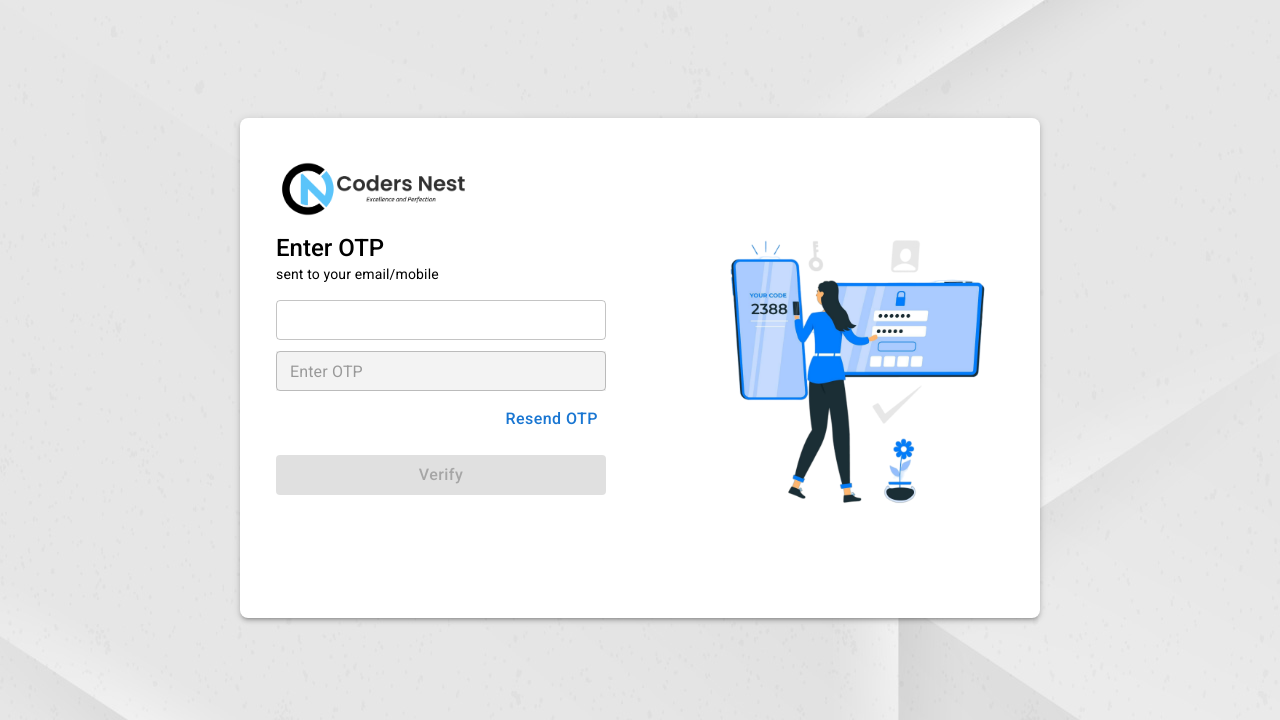
Repository: wajahadalishaik04/CN_Books
Page: /otpscreen
An editor plug-in stored every save of this project. The page is shown before and after a run of saves, followed by the edit.
The browser window is 1280 px wide. The pictures show the whole page.
The project was rebuilt for these pictures with package versions that can differ from the ones it lists, and the page was loaded fresh each time. Also part of the build but not shown: vite.config.js, src/pages/LoginScreen.jsx, src/pages/Signin.jsx, src/pages/SignUp.jsx, src/pages/VerifyScreen.jsx, src/components/Header.jsx, src/components/SideBar.jsx, src/components/Content.jsx and 7 more.

Above is the page before, as saved 2024-09-30 16:55:39.

### index.html
<!DOCTYPE html>
<html lang="en">
  <head>
    <meta charset="UTF-8" />
    <link rel="preconnect" href="https://fonts.googleapis.com" />
    <link rel="preconnect" href="https://fonts.gstatic.com" crossorigin />
    <link
      rel="stylesheet"
      href="https://fonts.googleapis.com/css2?family=Roboto:wght@300;400;500;700&display=swap"
    />

    <meta name="viewport" content="width=device-width, initial-scale=1.0" />
    <title>CN_BOOKS</title>
  </head>
  <body>

    <div id="root"></div>
    <script type="module" src="/src/main.jsx"></script>
  </body>
</html>

### src/main.jsx
import { createRoot } from 'react-dom/client'
import App from './App.jsx'
import { Provider } from 'react-redux'
import store from './store/store.js'
import './styles/index.css'
createRoot(document.getElementById('root')).render(
 <Provider store={store}>
   <App />
 </Provider>
)

### src/App.jsx
import React from "react";
import LoginScreen from "./pages/LoginScreen";
import { BrowserRouter, Routes, Route, Navigate } from "react-router-dom";
import Signin from "./pages/Signin";
import { useSelector } from "react-redux";
import OtpScreen from "./pages/OtpScreen";
import SignUp from "./pages/SignUp";
import VerifyScreen from "./pages/VerifyScreen";
import DashboardScreen from "./pages/DashboardScreen";
import SideBar from "./components/SideBar";
import Header from "./components/Header";
import Customer from "./pages/Customer";
import WrapComponent from "./pages/WrapComponent";
import Category from "./pages/Category";
import NewCustomer from "./pages/customerscreens/NewCustomer";

const App = () => {
  const { user } = useSelector((e) => e.userReducer);
  return (
    <>
      <BrowserRouter>
        <Routes>
          <Route element={<WrapComponent />}>
            <Route path="/dashboardscreen" element={<DashboardScreen />} />
            <Route path="/customer" element={<Customer />} />
            <Route path="/category" element={<Category />} />
            <Route path="/newcustomer" element={<NewCustomer />} />

          </Route>
          <Route
            path="/"
            element={<Navigate to={user ? "/signin" : "/LoginScreen"} />}
          />
          <Route
            path="/signin"
            element={user ? <Navigate to={"/dashboardscreen"} /> : <Signin />}
          />
          <Route path="/loginscreen" element={<LoginScreen />} />
          <Route path="/otpscreen" element={<OtpScreen />} />
          <Route path="/signup" element={<SignUp />} />
          <Route path="/verifyscreen" element={<VerifyScreen />} />
        </Routes>
      </BrowserRouter>
    </>
  );
};

export default App;

### src/store/store.js
import { configureStore } from "@reduxjs/toolkit";
import { userReducer } from "./reducer";

const store = configureStore({
    reducer:{userReducer}
})
export default store;

### src/styles/index.css
*
{
    margin: 0;
    padding: 0;
    border: none;

}
.img
{
    background-color: red;
    background-clip: content-box;
    -webkit-background-clip: content-box;
    visibility: hidden;
}

### src/pages/OtpScreen.jsx
import React, { useState, useEffect } from "react";
import {
  Box,
  Button,
  TextField,
  Typography,
  Snackbar,
  Alert,
  styled,
} from "@mui/material";
import { images } from "../utils/ImgUtils";
import { useLocation, useNavigate } from "react-router-dom";

const OtpScreen = () => {
  const [otp, setOtp] = useState(""); // Store entered OTP
  const [sentOtp, setSentOtp] = useState(""); // Store generated OTP
  const [error, setError] = useState(""); // Store error messages
  const [resendDisabled, setResendDisabled] = useState(false); // Timer control for Resend OTP button
  const [snackbarOpen, setSnackbarOpen] = useState(false); // Snackbar control
  const [snackbarMessage, setSnackbarMessage] = useState(""); // Snackbar message
  const [timer, setTimer] = useState(0); // Timer state for Resend button

  const navigate = useNavigate();
  const location = useLocation();
  const { emailMobile } = location.state || {};

  // Styled Resend Button
  const ResendOtp = styled(Button)({
    textTransform: "none",
    fontSize: "1rem",
  });

  // Function to generate OTP
  const generateOtp = () => {
    const randomOtp = Math.floor(100000 + Math.random() * 900000).toString(); // Generate a 6-digit OTP
    setSentOtp(randomOtp); // Store the OTP
    return randomOtp;
  };

  // Function to show snackbar
  const handleSnackbarOpen = (message) => {
    setSnackbarMessage(message);
    setSnackbarOpen(true);
  };

  const handleSnackbarClose = () => {
    setSnackbarOpen(false);
  };

  // Function to send OTP (called on "Sent" button click)
  const sendOtp = () => {
    const otp = generateOtp(); // Generate OTP locally
    handleSnackbarOpen(`OTP: ${otp}`); // Show OTP in snackbar
  };

  // Resend OTP with 30-second timer
  const handleResendOtp = () => {
    sendOtp(); // Generate and display the OTP
    setResendDisabled(true);
    setTimer(30); // Set the countdown timer to 30 seconds
  };

  // Timer countdown for the Resend button
  useEffect(() => {
    if (timer > 0) {
      const countdown = setInterval(() => {
        setTimer((prev) => prev - 1);
      }, 1000);

      return () => clearInterval(countdown);
    } else {
      setResendDisabled(false); // Enable the Resend button after timer ends
    }
  }, [timer]);

  // Handle OTP submission and verification
  const handleSubmit = () => {
    if (otp === sentOtp) {
      navigate("/dashboardscreen"); // Navigate to the next screen
    } else {
      setError("Invalid OTP. Please try again.");
    }
  };

  // Check if the OTP input is filled (6 characters long)
  const isOtpFilled = otp.length === 6;

  return (
    <Box
      display="flex"
      justifyContent="center"
      alignItems="center"
      width="100%"
      height="100vh"
      sx={{ backgroundImage: "url(/images/BackgroundImg.jpeg)" }}
    >
      <Box
        display="flex"
        bgcolor="#fff"
        boxShadow={3}
        marginTop={2}
        borderRadius="8px"
        overflow="hidden"
        width="800px"
        height="500px"
      >
        {/* Left Side - OTP Form */}
        <Box flex={1} p={4.5} mt={1} component={"form"}>
          <Box flex={1} sx={{ width: "330px" }}>
            <Box display="flex" justifyContent="space-between" alignItems="center">
              <img src={images.codersnestLogo} alt="Logo" style={{ width: 200 }} />
            </Box>
            <Typography variant="h5" fontWeight={500} mt={2}>
              Enter OTP
            </Typography>
            <Typography variant="body2" color="default" mb={2}>
              sent to your email/mobile
            </Typography>

            <TextField
              sx={{ marginBottom: 1.4 }}
              size="small"
              fullWidth
              defaultValue={emailMobile}
              InputProps={{ readOnly: true }} // Read-only input for email/mobile
            />

            <TextField
              size="small"
              type="text"
              placeholder="Enter OTP"
              fullWidth
              value={otp}
              onChange={(e) => setOtp(e.target.value)}
              sx={{
                fontWeight: "500",
                backgroundColor: "#F3F3F3",
                "&:hover": {
                  backgroundColor: "#FFF",
                },
                "& .MuiOutlinedInput-root": {
                  "&.Mui-focused": {
                    backgroundColor: "#EBF9FF",
                    borderColor: "#5BC4FA",
                  },
                },
              }}
            />
            {error && <Typography color="red">{error}</Typography>}

            {/* Resend OTP button with timer */}
            <Box sx={{ display: "flex", justifyContent: "flex-end", mt: 1 }}>
              <ResendOtp onClick={handleResendOtp} disabled={resendDisabled}>
                Resend OTP {resendDisabled && `(${timer}s)`}
              </ResendOtp>
            </Box>

            {/* Verify Button, enabled only when OTP is filled */}
            <Button
              onClick={handleSubmit}
              variant="contained"
              fullWidth
              sx={{
                backgroundColor: isOtpFilled ? "#5BC4FA" : "#E0E0E0",
                mt: 2,
                textTransform: "none",
                fontSize: "1rem",
              }}
              disabled={!isOtpFilled} // Disable button until OTP is filled
            >
              Verify
            </Button>

            {/* Snackbar for OTP display */}
            <Snackbar
              open={snackbarOpen}
              autoHideDuration={3000}
              onClose={handleSnackbarClose}
              anchorOrigin={{ vertical: "top", horizontal: "center" }}
            >
              <Alert onClose={handleSnackbarClose} severity="info" sx={{ width: "100%" }}>
                {snackbarMessage}
              </Alert>
            </Snackbar>
          </Box>
        </Box>

        {/* Right Side - Illustration Image */}
        <Box
          flex={1}
          display="flex"
          justifyContent="center"
          alignItems="center"
          sx={{ display: { xs: "none", sm: "flex" } }}
        >
          <img src={images.otpImg} alt="Illustration" width="100%" height="auto" />
        </Box>
      </Box>
    </Box>
  );
};

export default OtpScreen;

### src/store/reducer.js
import { createReducer } from "@reduxjs/toolkit";

export const userReducer = createReducer({user:null},(builder)=>
{
    builder.addCase("loginUser",(state,action)=>
    {
        state.user = action.payload
    })
})

### src/utils/ImgUtils.js
export const images ={
    backgroundImg:"./images/BackgroundImg.jpeg",
    codersnest:"./images/codersnest.png",
    codersnestLogo:"./images/codersnest1.png",
    loginImg:"./images/login_illustration.png",
    otpImg:"./images/otpImg.png",
    signupImg:"./images/signup.png",
    googleicon:"./images/google-color-icon.png",
    facebookicon:"./images/facebook-round-color-icon.png",
    linkedinicon:"./images/linkedin-app-icon.png",
    xicon:"./images/x-social-media-round-icon.png",
    officemanImg:"./images/officeman.png",
    appleicon:"./images/apple.png",
    windowsicon:"./images/windows.png",
    Arrowdownicon:"./images/Arrowdown.png",
    Customericon:"./images/Customer.png",
    Addressicon:"./images/Address.png",
    Passwordicon:"./images/Password.png",
    Accounticon:"./images/Account.png",
    Logouticon:"./images/Logout.png",
    dashboardwhiteicon:"./images/DashboardWhiteIcon.png",
    dashboardicon:"./images/DashboardIcon.png",
    groupcustomericon:"./images/GroupCustomerIcon.png",
    groupcustomerwhiteicon:"./images/GroupCustomerWhiteIcon.png",
    categoryicon:"./images/categoryicon.png",
    categorywhiteicon:"./images/CategoryWhiteIcon.png",
    editicon:"./images/EditIcon.png",
    binicon:"./images/EditIcon.png",
    editicon:"./images/BinIcon.png",
    hiddenicon:"./images/HiddenIcon.png",
    verticaldoticon:"./images/VerticalDots.png",
    dollararrowicon:"./images/dollarArrow.png",
    doticon:"./images/dotIcon.png"
}

After the next 3 saves:
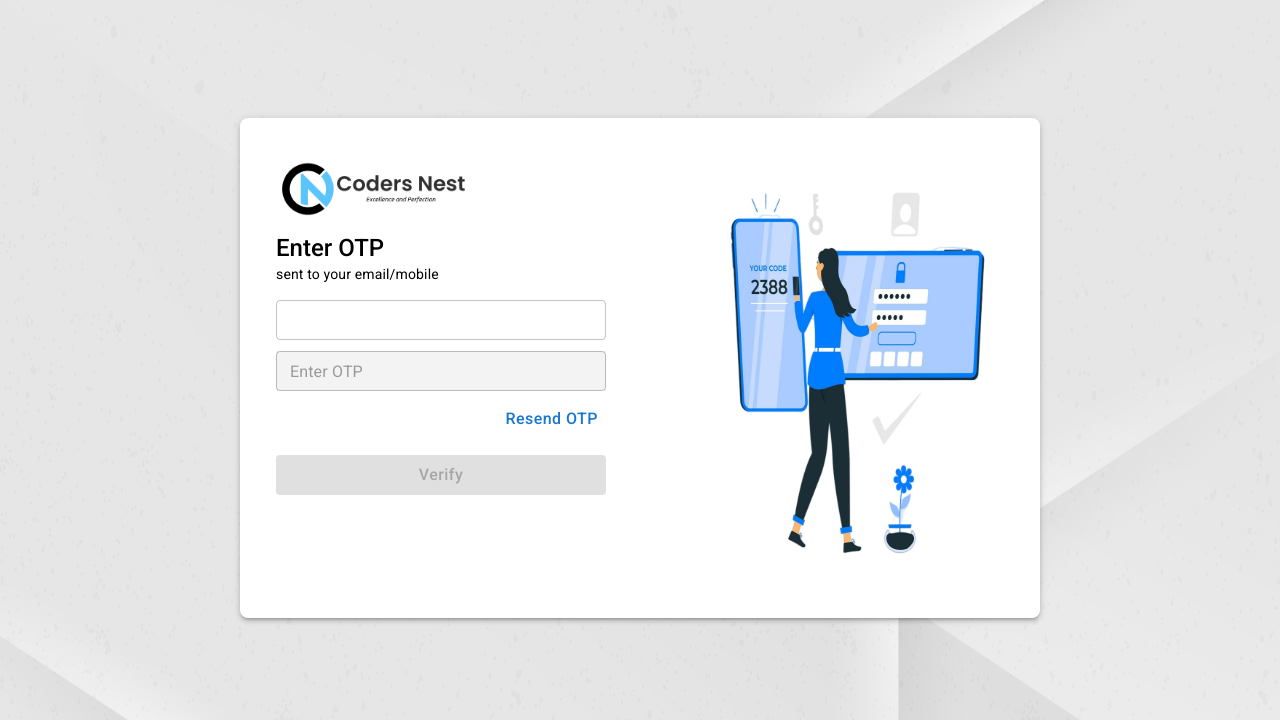
The 3 saves are shown as one change because they came seconds apart.
The last was saved 8 s later.
--- a/src/pages/OtpScreen.jsx
+++ b/src/pages/OtpScreen.jsx
@@ -193,7 +193,7 @@ const OtpScreen = () => {
           alignItems="center"
           sx={{ display: { xs: "none", sm: "flex" } }}
         >
-          <img src={images.otpImg} alt="Illustration" width="100%" height="auto" />
+          <img src={images.otpImg} alt="Illustration" width="100%" height="100%"  />
         </Box>
       </Box>
     </Box>
